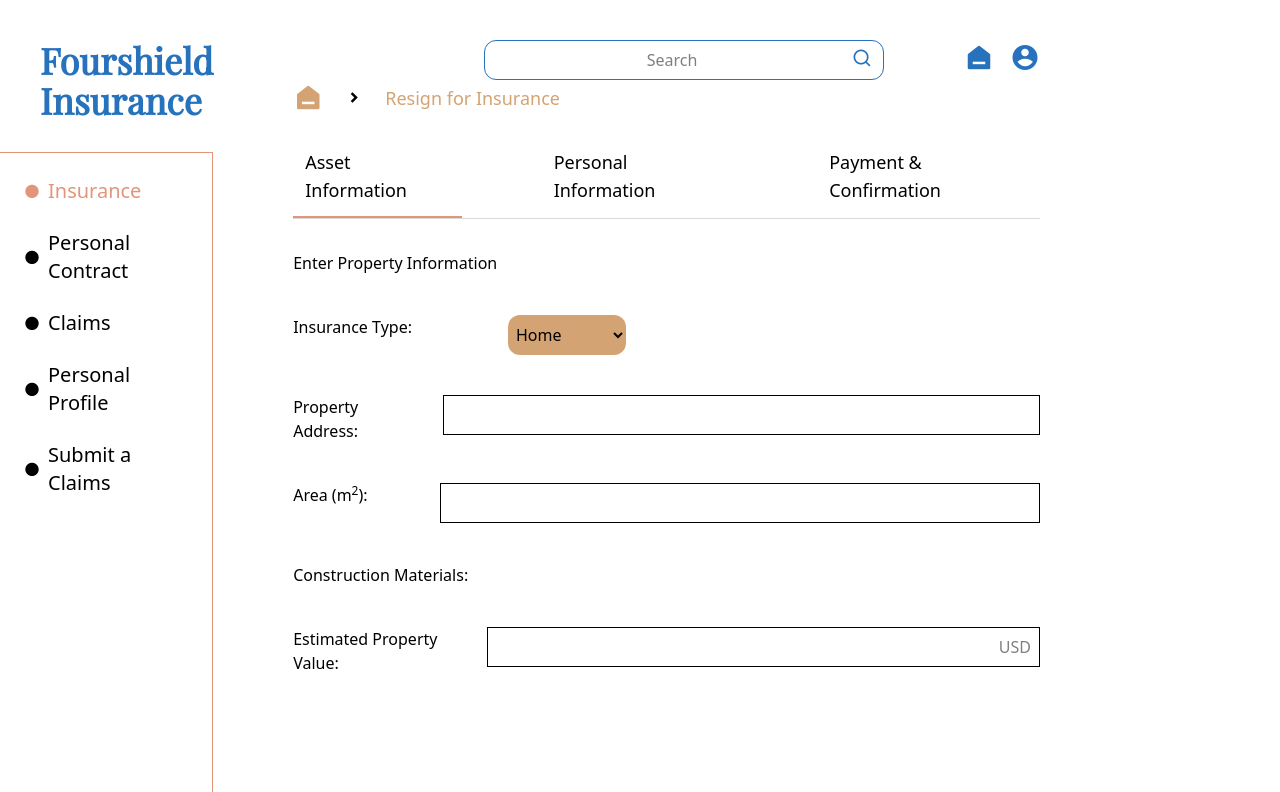
Repository: MockProject9920/MockProject_022025_Nhom4
Page: / (app in frontend/)
These files come from the project's save history. The page is drawn as it stood at one moment and after the next save; the edit follows.
The browser window is 1280 px wide. The pictures show the whole page.
The project was rebuilt for these pictures with package versions that can differ from the ones it lists, and the page was loaded fresh each time. Also part of the build but not shown: frontend/vite.config.js, frontend/src/pages/Login.jsx.

Above is the page before, as saved 2025-03-05 16:38:04.

After the next save:
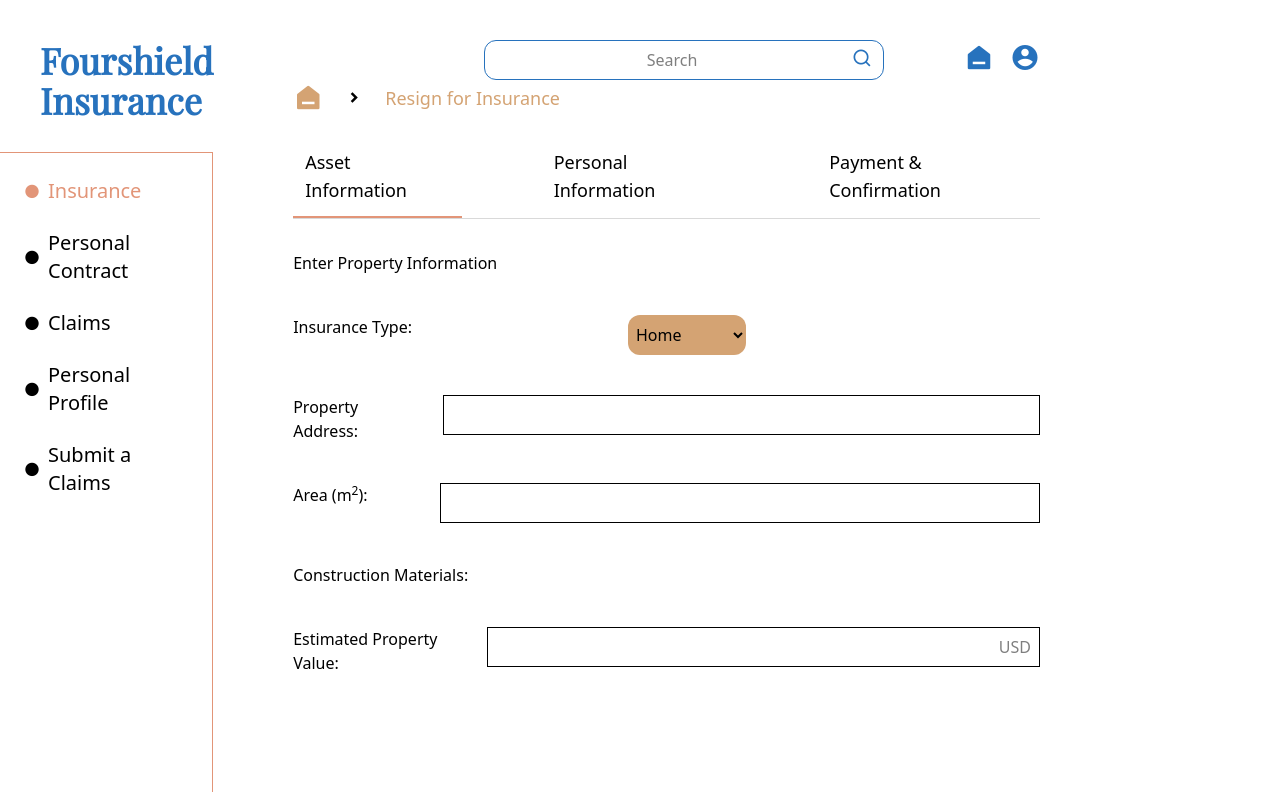
Saved 8 s later.
--- a/frontend/src/pages/AssetInformation.jsx
+++ b/frontend/src/pages/AssetInformation.jsx
@@ -73,7 +73,7 @@ function AssetInformation() {
 
           <div className="flex space-x-4">
             <p className="font-medium">Insurance Type:</p>
-            <select className="h-10 p-1 ml-20 rounded-xl bg-[#D4A373]">
+            <select className="h-10 p-1 ml-50 rounded-xl bg-[#D4A373]">
               <option className="bg-white" value="Home">
                 Home
               </option>
